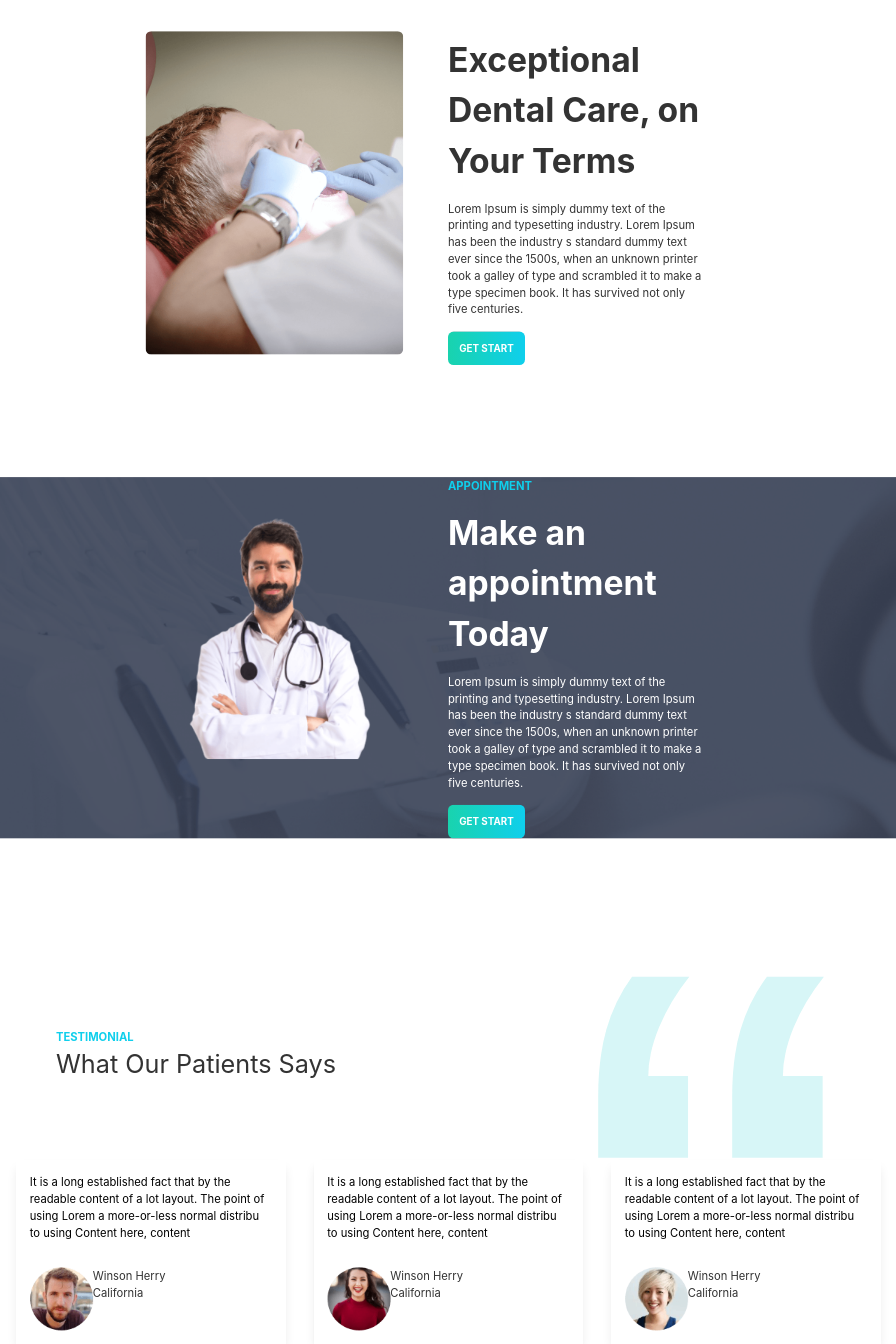
Repository: shikubro90/doctorsportal
Page: /
These files come from the project's save history. The page is drawn as it stood at one moment and after a run of saves; the edit follows.
The browser window is 1280 px wide. The pictures show the part of the page from y = 1762 to 3682 px (the page is 3682 px tall), at 70% of full size.
The project was rebuilt for these pictures with package versions that can differ from the ones it lists, and the page was loaded fresh each time. Also part of the build but not shown: src/App.css, src/Pages/About/About.jsx.

Above is the page before, as saved 2022-10-02 10:09:53.

### src/App.js
import { Route, Routes } from 'react-router-dom';
import './App.css';
import About from './Pages/About/About';
import Home from './Pages/Home/Home';
import Navbar from './Shared/Navbar';

function App() {
  return (
    <div className="App">
      <Navbar/>
      <Routes>
        <Route path='/' element={<Home/>}/>
        <Route path='/home' element={<Home/>}/>
        <Route path='/about' element={<About/>}/>
      </Routes>
    </div>
  );
}

export default App;

### src/Pages/Home/Home.jsx
import React from 'react'
import AppointmentSection from './AppointmentSection'
import Banner from './Banner'
import BasicInfo from './BasicInfo'
import ServiceSection from './ServiceSection'
import TestimonialSection from './TestimonialSection'

const Home = () => {
  return (
    <div>
      <Banner />
      <BasicInfo/>
      <ServiceSection/>
      <AppointmentSection/>
      <TestimonialSection/>
    </div>
  )
}

export default Home

### src/Shared/Navbar.jsx
import React from 'react'
import { Link } from 'react-router-dom'

const Navbar = () => {
  return (
    <div className="px-20">
      <div className="navbar bg-base-100">
        <div className="navbar-start">
          <div className="dropdown">
            <label tabIndex={0} className="btn btn-ghost lg:hidden">
              <svg
                xmlns="http://www.w3.org/2000/svg"
                className="h-5 w-5"
                fill="none"
                viewBox="0 0 24 24"
                stroke="currentColor"
              >
                <path
                  strokeLinecap="round"
                  strokeLinejoin="round"
                  strokeWidth="2"
                  d="M4 6h16M4 12h8m-8 6h16"
                />
              </svg>
            </label>
            <ul
              tabIndex={0}
              className="menu menu-compact dropdown-content mt-3 p-2 shadow bg-base-100 rounded-box w-52"
            >
              <li>
                <Link to="/home">Home</Link>
              </li>
              <li>
                <Link to="/about">About</Link>
              </li>
              <li>
                <Link to="/appointment">Appointment</Link>
              </li>
              <li>
                <Link to="/review">Reviews</Link>
              </li>
              <li>
                <Link to="/contact">Contact Us</Link>
              </li>
              <li>
                <Link to="/contact">Login</Link>
              </li>
            </ul>
          </div>
          <Link to="/" className='btn btn-ghost normal-case text-xl'>Doctors Portal</Link>
        </div>

        <div className="navbar-center hidden lg:flex">

          <ul className="menu menu-horizontal p-0 pl-20">
            <li>
              <Link to="/home">Home</Link>
            </li>
            <li>
              <Link to="/about">About</Link>
            </li>
            <li>
              <Link to="/appointment">Appointment</Link>
            </li>
            <li>
              <Link to="/review">Reviews</Link>
            </li>
            <li>
              <Link to="/contact">Contact Us</Link>
            </li>
            <li>
              <Link to="/contact">Login</Link>
            </li>
          </ul>

        </div>

      </div>

    </div>
  )
}

export default Navbar

### src/Pages/Home/AppointmentSection.jsx
import React from 'react'
import AppointmentCard from './AppointmentCard'

import { appointment } from '../../assets/resourse/Resourse.js'

const AppointmentSection = () => {
  return (
    <div>
      {appointment.map(
        ({ id, image, title, desc, style, button_text, shortTitle }) => {
          return (
            <AppointmentCard
              key={id}
              image={image}
              title={title}
              desc={desc}
              style={style}
              button_text={button_text}
              shortTitle={shortTitle}
            />
          )
        },
      )}
    </div>
  )
}

export default AppointmentSection

### src/Pages/Home/Banner.jsx
import React from 'react'
import heroImage from '../../assets/images/chair.png'
import ButtonPrimary from '../../Shared/ButtonPrimary'
import bg from '../../assets/images/bg.png'

function Banner() {
  return (
    <div>
      <div
        className="hero min-h-screen"
        style={{ background: `url(${bg})`, backgroundSize: 'cover' }}
      >
        <div className="hero-content flex flex-col lg:flex-row-reverse">
          <img
            src={heroImage}
            className="max-w-lg rounded-lg shadow-2xl"
            alt="bannerImage"
          />
          <div className="px-6">
            <h1 className="text-5xl font-bold uppercase">
              Your New Smile Starts Here
            </h1>
            <p className="py-6 ">
              Provident cupiditate voluptatem et in. Quaerat fugiat ut assumenda
              excepturi exercitationem quasi. In deleniti eaque aut repudiandae
              et a id nisi.
            </p>
            <ButtonPrimary>{'Get Started'}</ButtonPrimary>
          </div>
        </div>
      </div>
    </div>
  )
}

export default Banner

### src/Pages/Home/BasicInfo.jsx
import MiniCard from './MiniCard'
import { miniCard } from '../../assets/resourse/Resourse.js'

const BasicInfo = () => {
  return (
    <div className="flex items-center justify-center gap-5 px-5">
      {miniCard.map(({ id, icon, title, style, disc }) => {
        return (
          <MiniCard
            key={id}
            icon={icon}
            title={title}
            style={style}
            disc={disc}
          />
        )
      })}
    </div>
  )
}

export default BasicInfo

### src/Pages/Home/ServiceSection.jsx
import MiniServiceCard from './MiniServiceCard'
import { serviceMiniCard } from '../../assets/resourse/Resourse'

const ServiceSection = () => {
  return (
    <div className="serviceWrapp pt-40">
      <div className="flex items-center justify-center flex-col">
        <p className="text-primary font-bold uppercase">Our Service</p>
        <h2 className="text-3xl my-5">Service We Provide</h2>
      </div>
      <div className="flex items-center justify-center px-5 gap-5">
        {serviceMiniCard.map(({ id, icon, title, disc, style }) => {
          return (
            <MiniServiceCard
              key={id}
              icon={icon}
              title={title}
              disc={disc}
              style={style}
            />
          )
        })}
      </div>
    </div>
  )
}

export default ServiceSection

### src/Pages/Home/TestimonialSection.jsx
import React from 'react'
import TestimonialCard from './TestimonialCard'
import quote from '../../assets/icons/quote.svg'
import { testimonial } from '../../assets/resourse/Resourse.js'

const TestimonialSection = () => {
  return (
    <div className="testimonial">
      <div className="testimonialWrap">
        <div className="content">
          <div className="header flex items-center justify-between px-20">
            <div className="header_left">
              <div className="shortTitle uppercase text-primary font-bold">
                Testimonial
              </div>
              <div className="text-[36px]">What Our Patients Says</div>
            </div>
            <div className="header_right">
              <img src={quote} alt="quote" />
            </div>
          </div>
          <div className="body flex items-center justify-center gap-10">
            {testimonial.map(({ id, title, image, name, country, desc }) => {
              return (
                <TestimonialCard
                  key={id}
                  title={title}
                  image={image}
                  name={name}
                  country={country}
                  desc={desc}
                />
              )
            })}
          </div>
        </div>
      </div>
    </div>
  )
}

export default TestimonialSection

### src/Pages/Home/AppointmentCard.jsx
import ButtonPrimary from '../../Shared/ButtonPrimary'


const AppointmentCard = (props) => {

  const { image, title, desc, style, button_text, shortTitle } = props

  return (
    <section className={`my-[160px]`} style={{background: `url(${style})`}}>
      <div className={`wrapper flex items-center px-52 ${style}`}>
        <div className="image flex-1">
          <img className={`rounded-lg ${style && "mt-[-60px]"}`} src={image} alt="bannerImage" />
        </div>
        <div className="details flex-1 flex justify-center flex-col px-16 gap-5">
          <div className="shortTitle uppercase text-primary font-bold">{shortTitle}</div>
          <div className={`title font-bold text-[48px] ${style && "text-white"}`}>{title}</div>
          <div className={`desc ${style && "text-white"}`}>{desc}</div>
          <ButtonPrimary>{button_text}</ButtonPrimary>
        </div>
      </div>
    </section>
  )
}

export default AppointmentCard

### src/assets/resourse/Resourse.js
import clock from '../icons/clock.svg'
import marker from '../icons/marker.svg'
import phone from '../icons/phone.svg'

import cavity from '../images/cavity.png'
import fluorid from '../images/fluoride.png'
import whitening from '../images/whitening.png'

import doctor from '../images/doctor-small.png'
import treatment from '../images/treatment.png'

import bgImage from '../images/appointment.png'


import people1 from '../images/people1.png'
import people2 from '../images/people2.png'
import people3 from '../images/people3.png'

export const miniCard = [
  {
    id: 0,
    icon: clock,
    title: 'Opening Hours',
    disc: 'Lorem Ipsum is simply dummy text of the pri',
    style: 'bg-gradient-to-r from-secondary to-primary text-white',
  },

  {
    id: 1,
    icon: marker,
    title: 'Visit our location',
    disc: 'Lorem Ipsum is simply dummy text of the pri',
    style: 'bg-[#3A4256] text-white',
  },

  {
    id: 2,
    icon: phone,
    title: 'Contact us now',
    disc: 'Lorem Ipsum is simply dummy text of the pri',
    style: 'bg-gradient-to-r from-secondary to-primary text-white',
  },
]

export const serviceMiniCard = [
  {
    id: 0,
    icon: cavity,
    title: 'Fluoride Treatment',
    disc:
      'Lorem Ipsum is simply dummy printing and typesetting indust Ipsum has been the',
    style: '',
  },
  {
    id: 1,
    icon: fluorid,
    title: 'Cavity Filling',
    disc:
      'Lorem Ipsum is simply dummy printing and typesetting indust Ipsum has been the',
    style: '',
  },
  {
    id: 2,
    icon: whitening,
    title: 'Teeth Whitening',
    disc:
      'Lorem Ipsum is simply dummy printing and typesetting indust Ipsum has been the',
    style: '',
  },
]

export const appointment = [
  {
    id: 0,
    image: treatment,
    title: 'Exceptional Dental Care, on Your Terms',
    desc:
      'Lorem Ipsum is simply dummy text of the printing and typesetting industry. Lorem Ipsum has been the industry s standard dummy text ever since the 1500s, when an unknown printer took a galley of type and scrambled it to make a type specimen book. It has survived not only five centuries.',
    button_text: 'Get Start',
    style: '',
  },
  {
    id: 1,
    image: doctor,
    shortTitle: 'Appointment',
    title: 'Make an appointment Today',
    desc:
      'Lorem Ipsum is simply dummy text of the printing and typesetting industry. Lorem Ipsum has been the industry s standard dummy text ever since the 1500s, when an unknown printer took a galley of type and scrambled it to make a type specimen book. It has survived not only five centuries.',
    button_text: 'Get Start',
    style: bgImage,
  },
]

export const testimonial = [
    {
        id : 0,
        desc : "It is a long established fact that by the readable content of a lot layout. The point of using Lorem a more-or-less normal distribu to using Content here, content",
        image : people1,
        name : "Winson Herry",
        country : "California"
    },
    {
        id : 1,
        desc : "It is a long established fact that by the readable content of a lot layout. The point of using Lorem a more-or-less normal distribu to using Content here, content",
        image : people2,
        name : "Winson Herry",
        country : "California"
    },
    {
        id : 2,
        desc : "It is a long established fact that by the readable content of a lot layout. The point of using Lorem a more-or-less normal distribu to using Content here, content",
        image : people3,
        name : "Winson Herry",
        country : "California"
    },
]

### src/Shared/ButtonPrimary.jsx
function ButtonPrimary({ children }) {

  return (
    <div>
      <button className={`btn bg-gradient-to-r from-secondary to-primary border-none font-bold text-white`}>
        {children}
      </button>
    </div>
  )
}

export default ButtonPrimary

### src/Pages/Home/MiniCard.jsx
const MiniCard = (props) => {
  const { icon, title, style, disc } = props
  return (
    <div
      className={`card card-side bg-base-100 shadow-xl flex items-center justify-center px-4 ${style}`}
    >
      <div className="">
        <img src={icon} alt="icon" />
      </div>
      <div className="card-body">
        <h2 className="card-title">{title}</h2>
        <p>{disc}</p>
      </div>
    </div>
  )
}

export default MiniCard

### src/Pages/Home/MiniServiceCard.jsx
const MiniServiceCard = (props) => {
  const { icon, title, disc } = props
  return (
    <div className="cardWrapper flex flex-col items-center justify-center p-6 py-20  gap-5 shadow-lg rounded-lg">
      <div className="icon">
        <img src={icon} alt="" />
      </div>
      <div className="title">{title}</div>
      <div className="desc text-center px-16">{disc}</div>
    </div>
  )
}

export default MiniServiceCard

### src/Pages/Home/TestimonialCard.jsx
import React from 'react'

const TestimonialCard = (props) => {
    const {desc,image, name, country} = props
  return (
    <div className='mainCard w-[385px] shadow-lg p-5'>
        <div className="CardBody flex flex-col gap-[38px]">
            <div className="desc">
                <p className='text-black'>{desc}</p>
            </div>
            <div className="bio flex">
                <img src={image} alt="" />
                <div className="info">
                    <h4>{name}</h4>
                    <p>{country}</p>
                </div>
            </div>
        </div>
    </div>
  )
}

export default TestimonialCard

### tailwind.config.js
/** @type {import('tailwindcss').Config} */

module.exports = {
  content: ['./src/**/*.{js,jsx,ts,tsx}'],
  theme: {},
  daisyui: {
    themes: [
      {
        doctorstheme: {
          primary: '#0FCFEC',
          secondary: '#19D3AE',
          accent: '#3A4256',
          neutral: '#3d4451',
          'base-100': '#ffffff',
        },
      },
      'light',
      'cupcake',
    ],
  },
  plugins: [require('daisyui')],
}

Loaded but not shown: public/index.html (common file); src/index.js (common file); src/index.css (common file); src/reportWebVitals.js (common file)

After the next 4 saves:
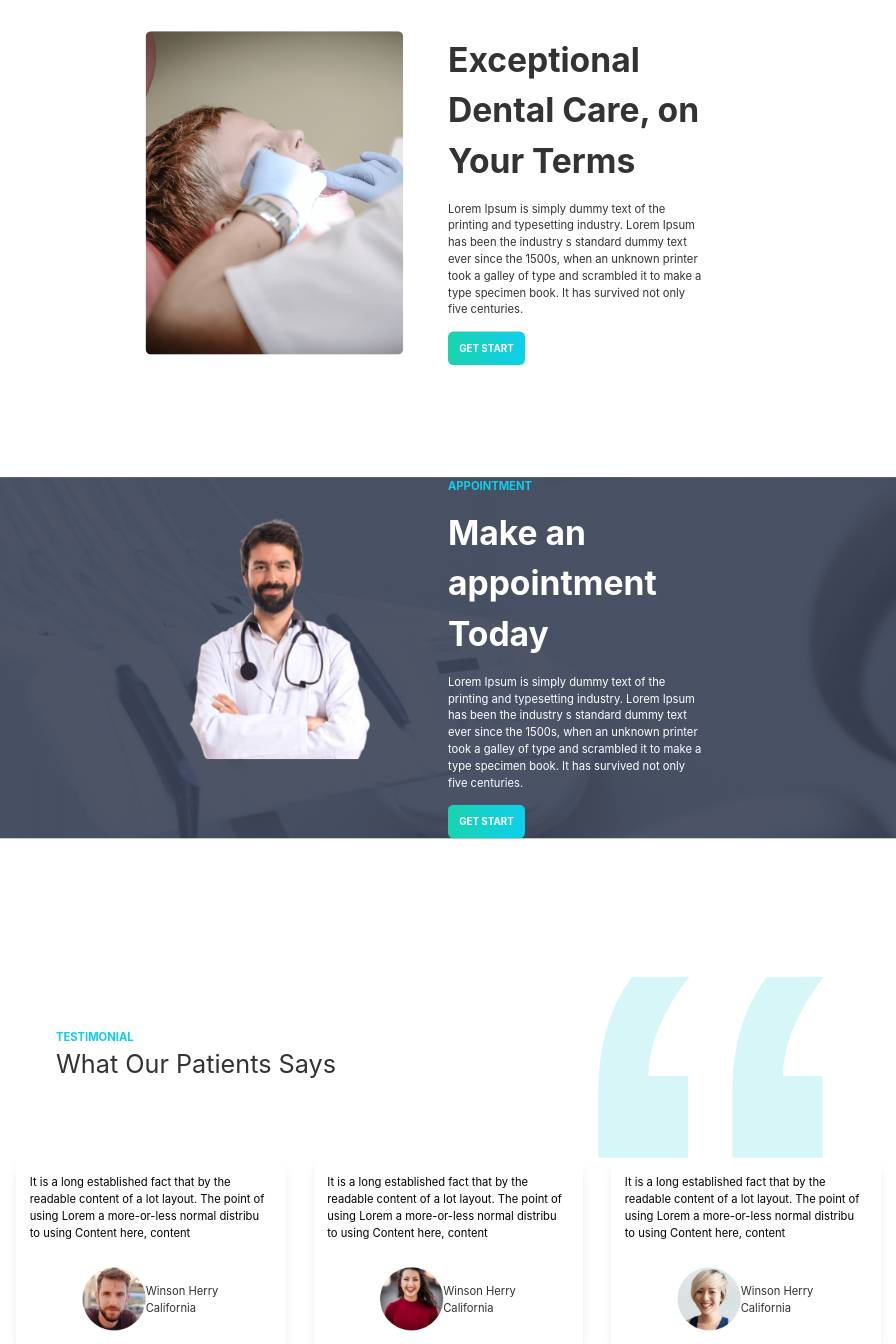
The 4 saves are shown as one change because they came seconds apart.
The last was saved 9 s later.
--- a/src/Pages/Home/TestimonialCard.jsx
+++ b/src/Pages/Home/TestimonialCard.jsx
@@ -8,7 +8,7 @@ const TestimonialCard = (props) => {
             <div className="desc">
                 <p className='text-black'>{desc}</p>
             </div>
-            <div className="bio flex">
+            <div className="bio flex items-center justify-center">
                 <img src={image} alt="" />
                 <div className="info">
                     <h4>{name}</h4>
